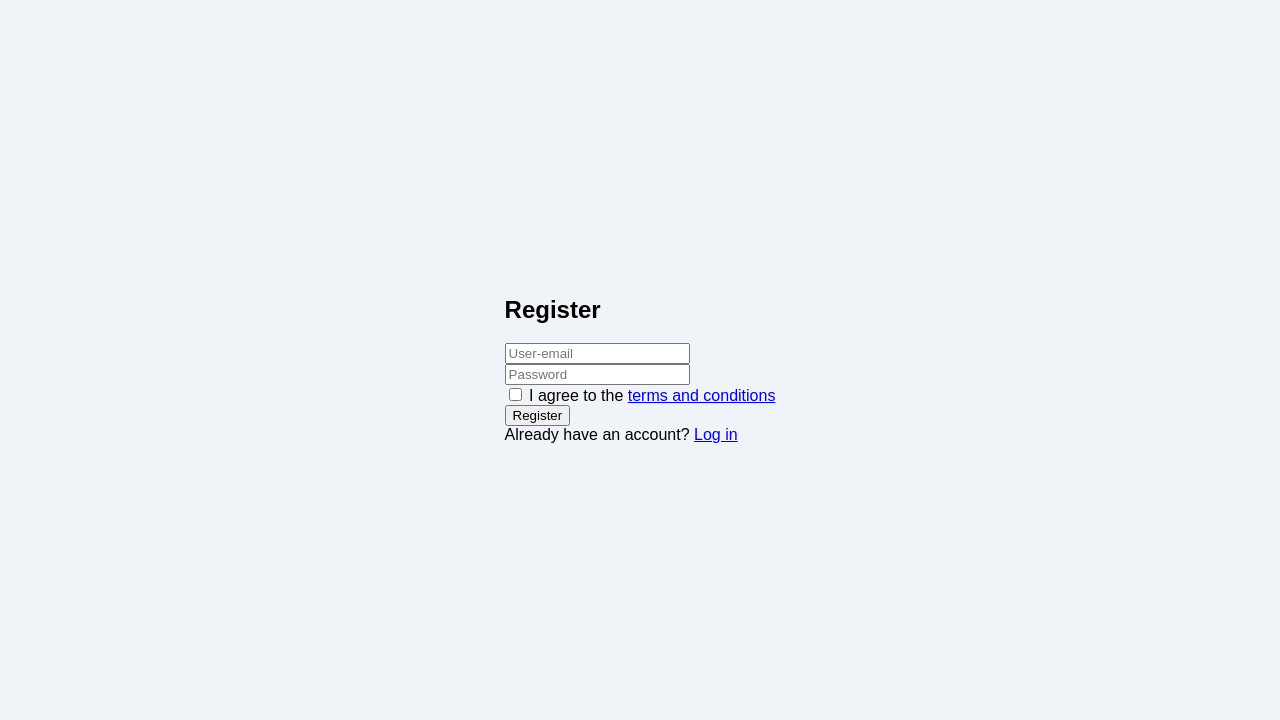
Repository: aakanksha4a/HoneySecure
Page: http://localhost/HoneySecure/reg.jsp
An editor plug-in stored every save of this project. The page is shown before and after the next save, followed by the edit.
The browser window is 1280 px wide. The pictures show the whole page.
Some web fonts or font styles are not loaded; a fallback is used. The page is served by Tomcat 10. Other server files are loaded and not shown.

Above is the page before, as saved 2025-04-25 17:30:52.

### HoneySecure/src/main/webapp/reg.jsp
<%@ page language="java" contentType="text/html; charset=UTF-8"
    pageEncoding="UTF-8"%>
<!DOCTYPE html>
<html lang="en">
<head>
  <meta charset="UTF-8" />
  <meta name="viewport" content="width=device-width, initial-scale=1.0"/>
  <title>Register</title>
  <link href="https://fonts.googleapis.com/css2?family=Rajdhani:wght@500&display=swap" rel="stylesheet">
  <style>
    body {
      margin: 0;
      padding: 0;
      font-family: 'Rajdhani', sans-serif;
      background: #f0f4f8;
      height: 100vh;
      display: flex;
      justify-content: center;
      align-items: center;
      animation: fadeIn 0.6s ease-in;
      position: relative;
    }

    .card {
      background-color: #ffffff;
      padding: 40px 35px;
      border-radius: 14px;
      border: 1px solid #d0d7de;
      box-shadow: 0 8px 25px rgba(0, 0, 0, 0.1);
      width: 350px;
      animation: slideUp 0.5s ease-out;
    }

    .card-header {
      text-align: center;
      margin-bottom: 25px;
      color: #1e88e5;
      font-size: 24px;
    }

    .card-body {
      font-size: 16px;
      color: #333;
      text-align: center;
      margin-bottom: 25px;
    }

    .card-footer {
      display: flex;
      justify-content: center;
    }

    .card-button {
      width: 100%;
      padding: 12px;
      background-color: #1e88e5;
      color: white;
      border: none;
      border-radius: 25px;
      font-size: 16px;
      font-weight: bold;
      cursor: pointer;
      transition: background-color 0.3s ease, transform 0.2s ease;
    }

    .card-button:hover {
      background-color: #1565c0;
      transform: scale(1.04);
    }

    @keyframes fadeIn {
      from { opacity: 0; }
      to { opacity: 1; }
    }

    @keyframes slideUp {
      from { transform: translateY(40px); opacity: 0; }
      to { transform: translateY(0); opacity: 1; }
    }
  </style>
  </head>
<body>


  <div class="register-box">
    <h2>Register</h2>
    <%
String msg =(String)request.getAttribute("msg");
if(msg!=null){
	out.print(msg);
}
%>
    <form action="newUser" method="post">
      <div class="form-group">
        <input type="email" name="username" placeholder="User-email" name="username" required />
      </div>
      <div class="form-group">
        <input type="password" name="password" placeholder="Password" name="password" required />
      </div>
      <div class="form-check">
        <input type="checkbox" name="terms" id="terms" required />
        <label for="terms">I agree to the <a href="#">terms and conditions</a></label>
      </div>
      <button type="submit" class="btn-submit">Register</button>
    </form>
    <div class="form-footer">
      Already have an account? <a href="login.jsp">Log in</a>
    </div>
  </div>

</body>
</html>

After the next save:
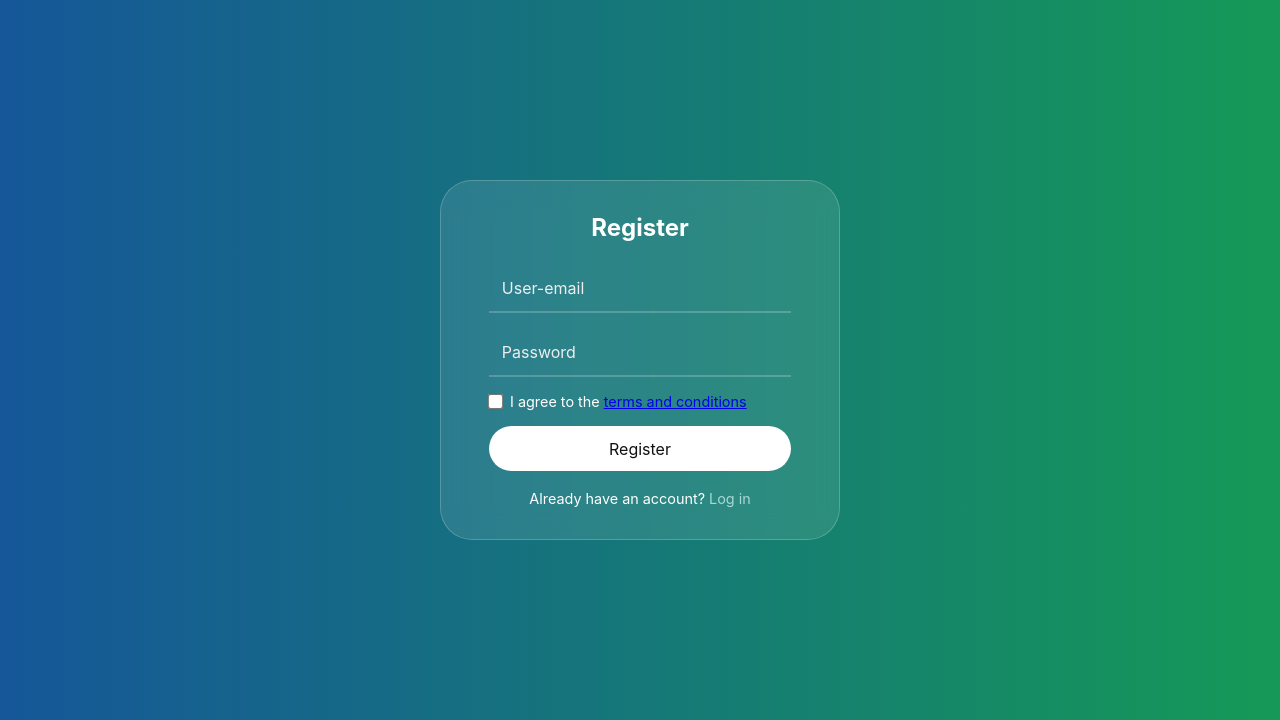
Saved 20 s later.
--- a/HoneySecure/src/main/webapp/reg.jsp
+++ b/HoneySecure/src/main/webapp/reg.jsp
@@ -6,79 +6,115 @@
   <meta charset="UTF-8" />
   <meta name="viewport" content="width=device-width, initial-scale=1.0"/>
   <title>Register</title>
-  <link href="https://fonts.googleapis.com/css2?family=Rajdhani:wght@500&display=swap" rel="stylesheet">
   <style>
-    body {
+    :root {
+      --clr-bg: linear-gradient(to right, #155799, #159957);
+      --clr-container: rgba(255, 255, 255, 0.1);
+      --clr-border: rgba(255, 255, 255, 0.2);
+      --clr-text: #fff;
+      --clr-placeholder: #eee;
+      --clr-btn: #fff;
+      --clr-btn-text: #111;
+      --clr-btn-hover: #fff;
+    }
+
+    * {
       margin: 0;
       padding: 0;
-      font-family: 'Rajdhani', sans-serif;
-      background: #f0f4f8;
-      height: 100vh;
-      display: flex;
-      justify-content: center;
-      align-items: center;
-      animation: fadeIn 0.6s ease-in;
-      position: relative;
+      box-sizing: border-box;
+      font-family: "Inter", sans-serif;
     }
 
-    .card {
-      background-color: #ffffff;
-      padding: 40px 35px;
-      border-radius: 14px;
-      border: 1px solid #d0d7de;
-      box-shadow: 0 8px 25px rgba(0, 0, 0, 0.1);
-      width: 350px;
-      animation: slideUp 0.5s ease-out;
+    body {
+      background: var(--clr-bg);
+      min-height: 100vh;
+      display: flex;
+      align-items: center;
+      justify-content: center;
+      color: var(--clr-text);
     }
 
-    .card-header {
-      text-align: center;
-      margin-bottom: 25px;
-      color: #1e88e5;
-      font-size: 24px;
+    .register-box {
+      background: var(--clr-container);
+      border: 1px solid var(--clr-border);
+      backdrop-filter: blur(15px);
+      border-radius: 2rem;
+      padding: 2rem 3rem;
+      width: min(90%, 400px);
     }
 
-    .card-body {
-      font-size: 16px;
-      color: #333;
+    h2 {
       text-align: center;
-      margin-bottom: 25px;
+      margin-bottom: 1.5rem;
     }
 
-    .card-footer {
-      display: flex;
-      justify-content: center;
+    .form-group {
+      margin-bottom: 1rem;
     }
 
-    .card-button {
+    input[type="text"],
+    input[type="email"],
+    input[type="password"] {
       width: 100%;
-      padding: 12px;
-      background-color: #1e88e5;
-      color: white;
+      padding: 0.8rem;
       border: none;
-      border-radius: 25px;
-      font-size: 16px;
-      font-weight: bold;
-      cursor: pointer;
-      transition: background-color 0.3s ease, transform 0.2s ease;
+      border-bottom: 2px solid var(--clr-border);
+      background: transparent;
+      color: var(--clr-text);
+      font-size: 1rem;
+      outline: none;
     }
 
-    .card-button:hover {
-      background-color: #1565c0;
-      transform: scale(1.04);
+    input::placeholder {
+      color: var(--clr-placeholder);
     }
 
-    @keyframes fadeIn {
-      from { opacity: 0; }
-      to { opacity: 1; }
+    .form-check {
+      display: flex;
+      align-items: center;
+      gap: 0.5rem;
+      font-size: 0.9rem;
+      margin: 1rem 0;
     }
 
-    @keyframes slideUp {
-      from { transform: translateY(40px); opacity: 0; }
-      to { transform: translateY(0); opacity: 1; }
+    .form-check input[type="checkbox"] {
+      transform: scale(1.2);
+    }
+
+    .btn-submit {
+      background: var(--clr-btn);
+      color: var(--clr-btn-text);
+      padding: 0.8rem;
+      width: 100%;
+      border: none;
+      border-radius: 30px;
+      font-size: 1rem;
+      cursor: pointer;
+      transition: 0.3s ease;
+    }
+
+    .btn-submit:hover {
+      background: transparent;
+      color: var(--clr-btn-hover);
+      border: 2px solid var(--clr-btn-hover);
+    }
+
+    .form-footer {
+      margin-top: 1.2rem;
+      text-align: center;
+      font-size: 0.9rem;
+    }
+
+    .form-footer a {
+      color: #aad8d3;
+      text-decoration: none;
+    }
+
+    .form-footer a:hover {
+      text-decoration: underline;
     }
   </style>
-  </head>
+</head>
 <body>
 
 

After the save that followed:
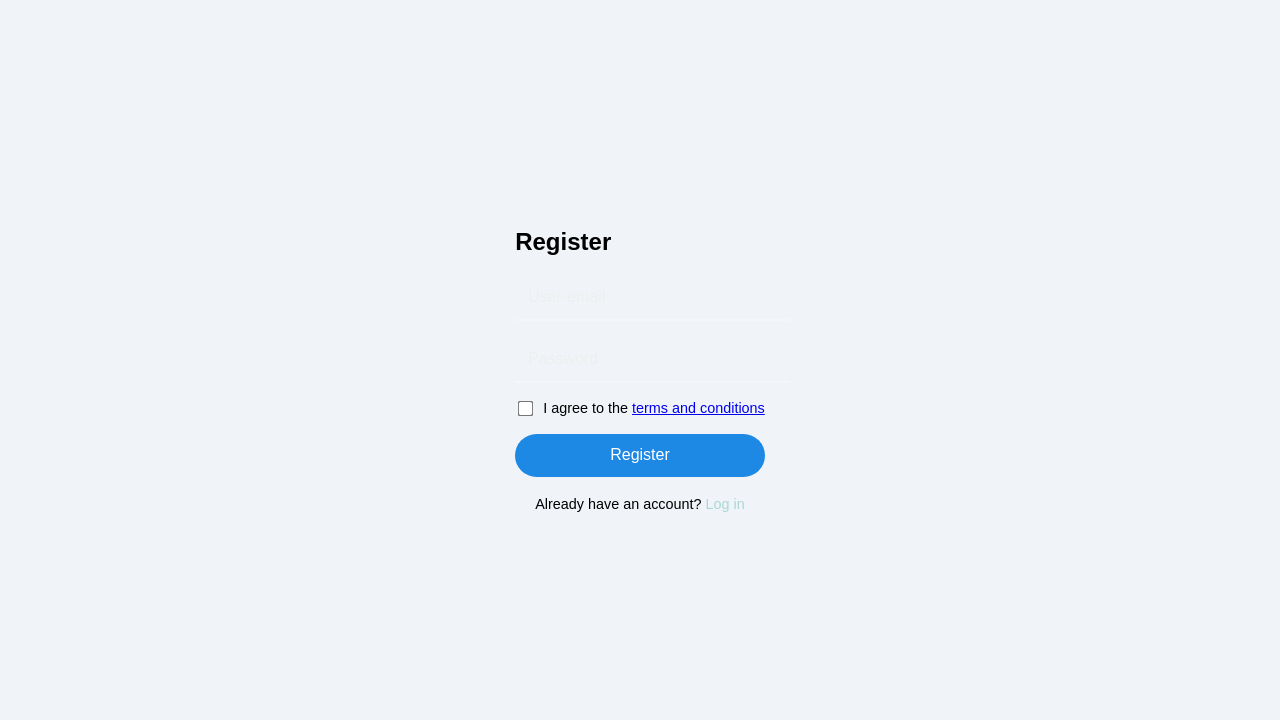
Saved 3 min 39 s later.
--- a/HoneySecure/src/main/webapp/reg.jsp
+++ b/HoneySecure/src/main/webapp/reg.jsp
@@ -6,67 +6,61 @@
   <meta charset="UTF-8" />
   <meta name="viewport" content="width=device-width, initial-scale=1.0"/>
   <title>Register</title>
+  <link href="https://fonts.googleapis.com/css2?family=Rajdhani:wght@500&display=swap" rel="stylesheet">
   <style>
-    :root {
-      --clr-bg: linear-gradient(to right, #155799, #159957);
-      --clr-container: rgba(255, 255, 255, 0.1);
-      --clr-border: rgba(255, 255, 255, 0.2);
-      --clr-text: #fff;
-      --clr-placeholder: #eee;
-      --clr-btn: #fff;
-      --clr-btn-text: #111;
-      --clr-btn-hover: #fff;
+    body {
+      margin: 0;
+      padding: 0;
+      font-family: 'Rajdhani', sans-serif;
+      background: #f0f4f8;
+      display: flex;
+      justify-content: center;
+      align-items: center;
+      height: 100vh;
     }
 
-    * {
-      margin: 0;
-      padding: 0;
-      box-sizing: border-box;
-      font-family: "Inter", sans-serif;
+    .card {
+      width: 350px;
+      background-color: #ffffff;
+      border-radius: 12px;
+      box-shadow: 0 4px 12px rgba(0, 0, 0, 0.1);
+      overflow: hidden;
+      transition: transform 0.3s ease-in-out;
+      padding: 30px;
     }
 
-    body {
-      background: var(--clr-bg);
-      min-height: 100vh;
-      display: flex;
-      align-items: center;
-      justify-content: center;
-      color: var(--clr-text);
+    .card:hover {
+      transform: translateY(-5px);
+      box-shadow: 0 8px 20px rgba(0, 0, 0, 0.15);
     }
 
-    .register-box {
-      background: var(--clr-container);
-      border: 1px solid var(--clr-border);
-      backdrop-filter: blur(15px);
-      border-radius: 2rem;
-      padding: 2rem 3rem;
-      width: min(90%, 400px);
-    }
-
-    h2 {
+    .card-header {
+      background-color: #1e88e5;
+      color: white;
+      padding: 16px;
+      font-size: 18px;
       text-align: center;
-      margin-bottom: 1.5rem;
+      border-radius: 12px 12px 0 0;
     }
 
     .form-group {
       margin-bottom: 1rem;
     }
 
-    input[type="text"],
     input[type="email"],
     input[type="password"] {
       width: 100%;
       padding: 0.8rem;
       border: none;
-      border-bottom: 2px solid var(--clr-border);
+      border-bottom: 2px solid rgba(255, 255, 255, 0.2);
       background: transparent;
-      color: var(--clr-text);
+      color: #333;
       font-size: 1rem;
       outline: none;
     }
 
     input::placeholder {
-      color: var(--clr-placeholder);
+      color: #eee;
     }
 
     .form-check {
@@ -82,8 +76,8 @@
     }
 
     .btn-submit {
-      background: var(--clr-btn);
-      color: var(--clr-btn-text);
+      background: #1e88e5;
+      color: white;
       padding: 0.8rem;
       width: 100%;
       border: none;
@@ -95,8 +89,8 @@
 
     .btn-submit:hover {
       background: transparent;
-      color: var(--clr-btn-hover);
-      border: 2px solid var(--clr-btn-hover);
+      color: #1565c0;
+      border: 2px solid #1565c0;
     }
 
     .form-footer {
@@ -113,7 +107,7 @@
     .form-footer a:hover {
       text-decoration: underline;
     }
-  </style>
+  </style>  </style>
 </head>
 <body>
 
